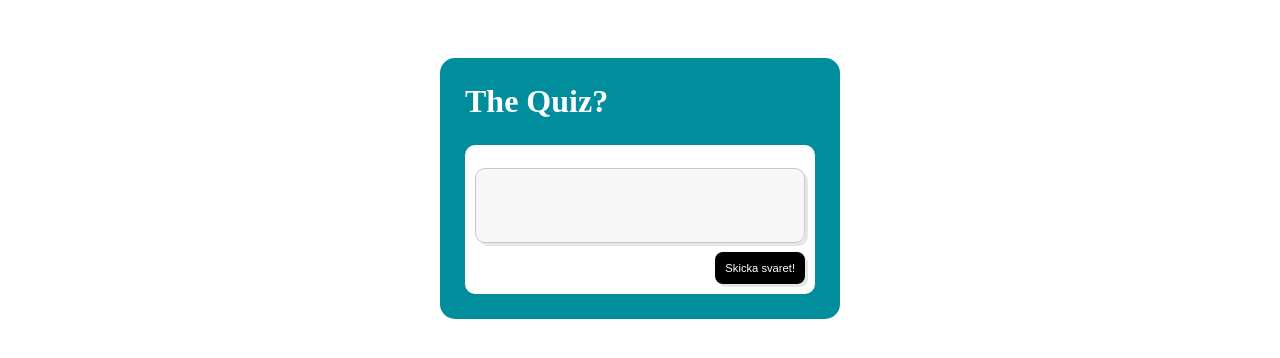
Repository: lw222gu/1dv403-laborationer
Page: 4-thequiz/index.html
The author's editor kept a record of every edit. The page is drawn from the files as they stood at one moment, then again after the next edit.
The browser window is 1280 px wide. The pictures show the whole page.
The page's requests for data from a server got no answer. Some web fonts or font styles are not loaded; a fallback is used.

Above is the page before.

### 4-thequiz/index.html
<!doctype html>
<html lang = "sv">
    <head>
        <meta charset="utf-8" />
        <meta name="viewport" content="width=device-width, initial-scale=1.0" />
        <title>The Quiz?</title>

        <!-- Main CSS -->
        <link rel="stylesheet" href="css/style.css" />

        <!-- Fonts -->
        <link href='//fonts.googleapis.com/css?family=Shadows+Into+Light+Two' rel='stylesheet' type='text/css'>

        <!-- JavaScript -->
        <script src="script/thequiz.js"></script>

    </head>

    <body>

        <div id="container">

            <header>
                <h1>The Quiz?</h1>
            </header>

            <main id = "main">
                <div id="questionarea">
                    <h2 id = "questionheader"></h2>
                    <p id = "question"></p>
                </div>
                <div id = "answerarea">
                    <textarea id = "textbox"></textarea>
                    <input id="button" type="submit" value="Skicka svaret!" />
                </div>
            </main>

        </div>

    </body>
</html>

### 4-thequiz/css/style.css
body {
    font-size: 1em;
    padding-top:50px;
    font-family:Arial, sans-serif;
}

#container {
    max-width: 350px;
    margin: 0 auto 0 auto;
    background-color:#008E9C;
    overflow: auto;
    padding:25px;
    border-radius:15px;
}

main {
    width:inherit;
    background-color:#FFF;
    margin-top:25px;
    padding:10px;
    border-radius:10px;
    overflow:auto;
}

/* Red flash when wrong answer */
.red {
    background-color:red;
    -webkit-animation: changeColor 0.6s;
    animation: changeColor 0.6s;
}

@-webkit-keyframes changeColor {
    0%   {background: white;}
    75%  {background: #F33215;}
    100% {background: white;}
}

@keyframes changeColor {
    0%   {background: white;}
    75%  {background: #F33215;}
    100% {background: white;}
}

h1, h2 {
    font-family: 'Shadows Into Light Two', cursive;
    color: #FFF ;
    margin:0px;
}

h2 {
    color:#008E9C;
}

p {
    font-size:0.8em;
}

textarea {
    resize:none;
    box-sizing:border-box;
    width: 100%;
    overflow:auto;
    height:75px;
    padding:10px;
    margin-bottom:5px;
    border-width:1px;
    border-color:rgb(200, 200, 200);
    border-style:solid;
    border-radius:10px;
    box-shadow:3px 3px 0px rgba(220, 220, 220, 0.7);
    background-color:rgba(240, 240, 240, 0.5);
}

.popup {
    position:absolute;
    z-index:2;
    width:280px;
    height:140px;
    margin: 10px;
    padding:15px;
    display:inline-block;
    background-color:rgba(0, 142, 156, 0.85);
    border-radius:15px;
}

.popup p {
    color:#FFF;
    margin-top:7px;
    margin-bottom:12px;
}

.popup h2 {
    margin:0px;
    margin-top:20px;
    color:#FFF;
}

.popup button {
    padding:10px;
    border-radius:8px;
    border:none;
    color:#FFF;
    background-color:#000;
    cursor: pointer;
    box-shadow:3px 3px 0px rgba(220, 220, 220, 0.7);
    font-size:0.7em;
}

#button {
    float:right;
    padding:10px;
    border-radius:8px;
    border:none;
    color:#FFF;
    background-color:#000;
    cursor: pointer;
    box-shadow:3px 3px 0px rgba(220, 220, 220, 0.7);
    font-size:0.7em;
}

### 4-thequiz/script/thequiz.js
"use strict";

var Quiz = {

    questionText: "",
    question: {},
    numberOfAnswers: 0,
    questionNumber: 1,
    url: "http://vhost3.lnu.se:20080/question/1",

    init: function(){

        var xhr = new XMLHttpRequest();

        xhr.onreadystatechange = function(){

            if (xhr.readyState === 4 && xhr.status === 200){
                Quiz.question = JSON.parse(xhr.responseText);
                Quiz.questionText = Quiz.question.question;

                Quiz.generateQuestion(Quiz.questionText);
            }

        };

        xhr.open("GET", Quiz.url, true);
        xhr.send(null);

    },

    generateQuestion: function(questionText){

        var questionHeader = document.getElementById("questionheader");
        var questionP = document.getElementById("question");

        questionHeader.innerHTML = "Fråga " + Quiz.questionNumber;
        questionP.innerHTML = questionText;

        Quiz.writeAnswer();

    },

    writeAnswer: function(){

        var textarea = document.getElementById("textbox");
        var button = document.getElementById("button");

        button.onclick = function(){
            Quiz.sendAnswer(textarea.value);
        };

        textarea.onkeypress = function(e){
            if(e.keyCode == 13 && !e.shiftKey){
                e.preventDefault();
                Quiz.sendAnswer(textarea.value);
            }
        };

    },

    sendAnswer: function(answerText){

        Quiz.numberOfAnswers++;

        var xhr2 = new XMLHttpRequest();

        xhr2.open("POST", Quiz.question.nextURL, true);
        xhr2.setRequestHeader("Content-Type", "application/json");

        var answer = {
	        "answer": answerText
        };

        xhr2.send(JSON.stringify(answer));

        xhr2.onreadystatechange = function(){

            //If answer is correct
            if (xhr2.readyState === 4 && xhr2.status === 200){
                Quiz.question = JSON.parse(xhr2.responseText);
                Quiz.url = Quiz.question.nextURL;

                if (Quiz.question.nextURL === undefined){
                    Quiz.youWonPopup();
                }

                else {
                    Quiz.questionNumber++;
                    Quiz.init();
                }
            }

            //Om svaret är fel
            else if (xhr2.status === 400) {
                var main = document.getElementById("main");
                main.setAttribute("class", "red");

                setTimeout(function(){
                    main.className = "";
                }, 600);

                document.getElementById("questionheader").innerHTML = "Fråga " + Quiz.questionNumber + " - Fel, försök igen!";
            }

            document.getElementById("textbox").value = "";

        };

    },

    youWonPopup: function (){

        var main = document.getElementById("main");
        var divPopup = document.createElement("div");
        divPopup.setAttribute("class", "popup");
        var h2Popup = document.createElement("h2");
        var pPopup = document.createElement("p");
        var button = document.createElement("button");

        h2Popup.innerHTML = "Grattis, du vann!";
        pPopup.innerHTML = "Du behövde " + Quiz.numberOfAnswers + " svar för att klara samtliga frågor.";
        button.innerHTML = "Spela igen!";

        divPopup.appendChild(h2Popup);
        divPopup.appendChild(pPopup);
        divPopup.appendChild(button);
        main.insertBefore(divPopup, main.firstChild);

        button.onclick = function(){
            main.removeChild(divPopup);
            Quiz.numberOfAnswers = 0;
            Quiz.questionNumber = 1;
            Quiz.url = "http://vhost3.lnu.se:20080/question/1";

            Quiz.init();
        };
    },

};

window.onload = Quiz.init; //pekar på metoden init som kommer köras när sidan laddats

After the next edit:
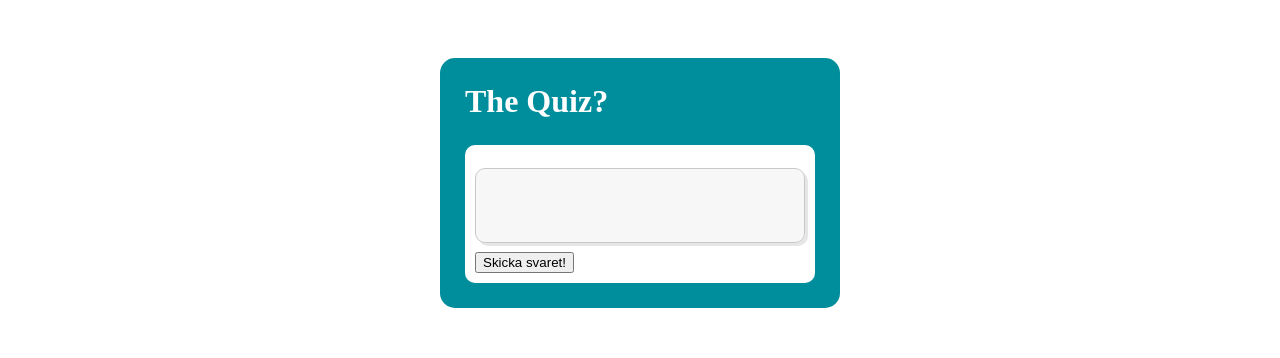
The edit:
--- a/4-thequiz/css/style.css
+++ b/4-thequiz/css/style.css
@@ -105,15 +105,3 @@
     box-shadow:3px 3px 0px rgba(220, 220, 220, 0.7);
     font-size:0.7em;
 }
-
-#button {
-    float:right;
-    padding:10px;
-    border-radius:8px;
-    border:none;
-    color:#FFF;
-    background-color:#000;
-    cursor: pointer;
-    box-shadow:3px 3px 0px rgba(220, 220, 220, 0.7);
-    font-size:0.7em;
-}

After the edit that followed:
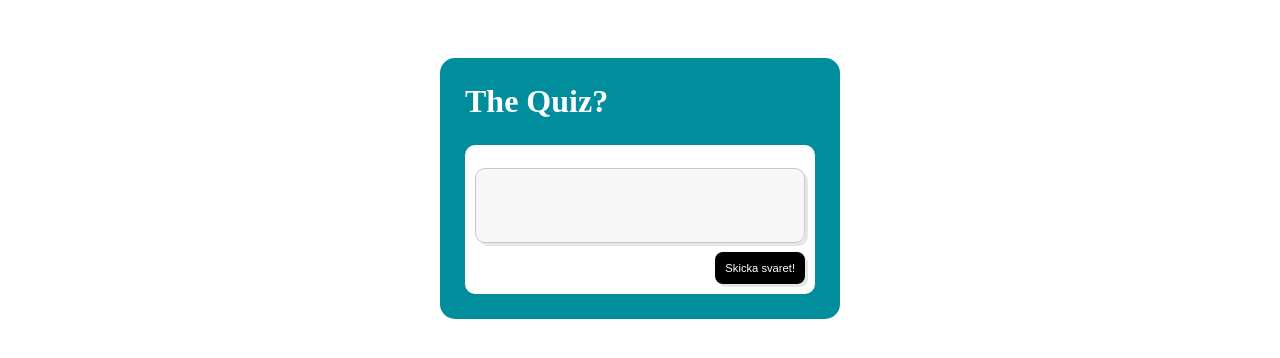
The edit:
--- a/4-thequiz/css/style.css
+++ b/4-thequiz/css/style.css
@@ -71,6 +71,18 @@
     background-color:rgba(240, 240, 240, 0.5);
 }
 
+#button {
+    float:right;
+    padding:10px;
+    border-radius:8px;
+    border:none;
+    color:#FFF;
+    background-color:#000;
+    cursor: pointer;
+    box-shadow:3px 3px 0px rgba(220, 220, 220, 0.7);
+    font-size:0.7em;
+}
+
 .popup {
     position:absolute;
     z-index:2;
